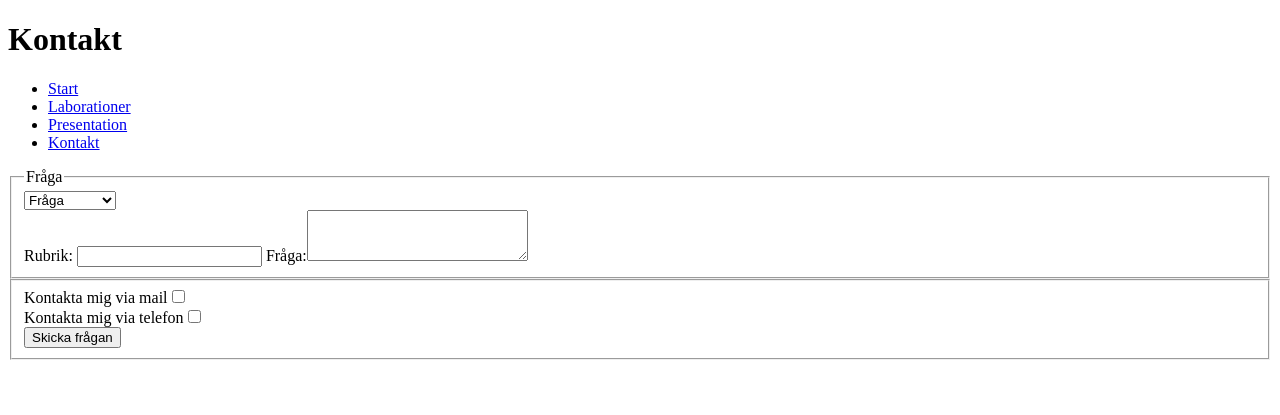
Repository: ulfek/laborationer
Page: pages/kontakt.html
The author's editor kept a record of every edit. The page is drawn from the files as they stood at one moment, then again after the next edit.
The browser window is 1280 px wide. The pictures show the whole page.

Above is the page before.

After the next edit:
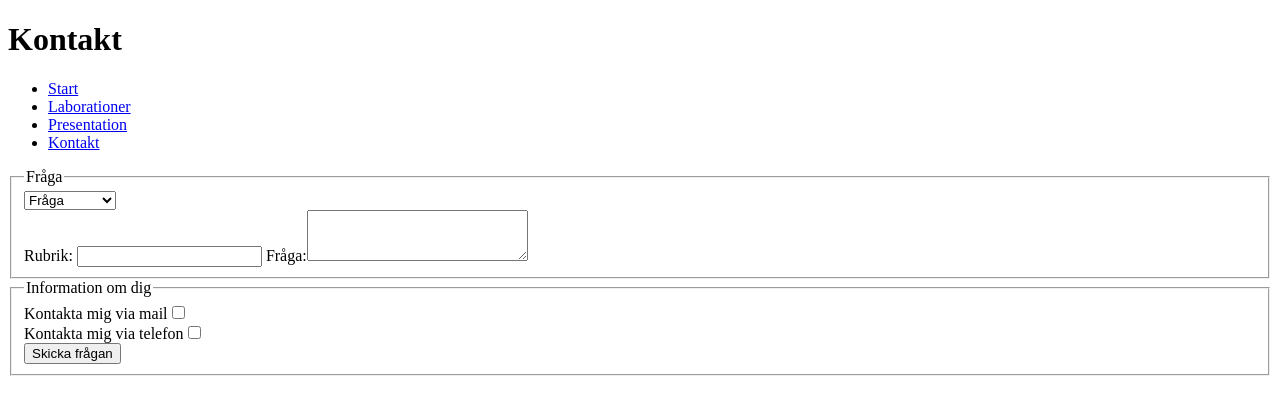
The edit:
--- a/pages/kontakt.html
+++ b/pages/kontakt.html
@@ -24,6 +24,7 @@
             Fråga:<textarea rows="3" cols="25"></textarea>
             </fieldset>
             <fieldset>
+            <legend>Information om dig</legend>
             Kontakta mig via mail<input type="checkbox" name=mail value="Mail"><br>
             Kontakta mig via telefon<input type="checkbox" name=telefon value="Telefon"><br>
             <input type="submit" value="Skicka frågan">
